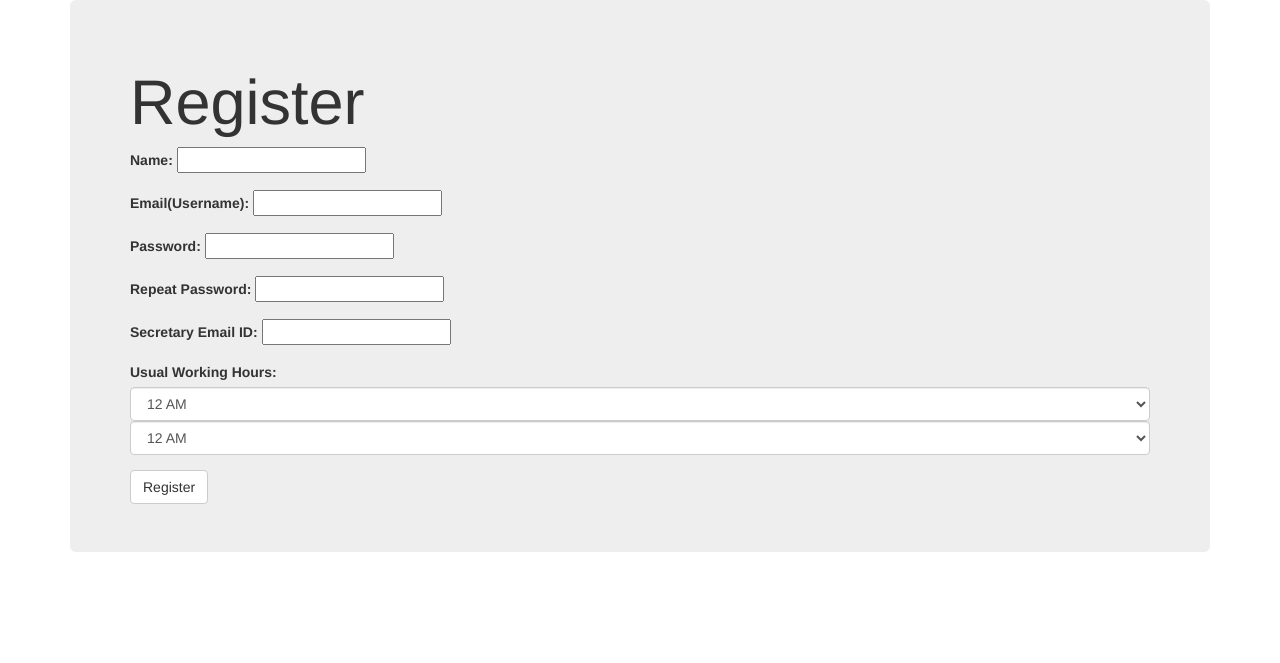
Repository: tjcomprocker/Time_Management_System
Page: http://localhost/register_executive.php
The author's editor kept a record of every edit. The page is drawn from the files as they stood at one moment, then again after the next edit.
The browser window is 1280 px wide. The pictures show the whole page.
The page is run by PHP 8.4 with error messages shown; the project is at /var/www/html/.

Above is the page before.

### register_executive.php
<!DOCTYPE html>
<html lang="en">
    <meta charset="utf-8">
    <head>
        <title>Register</title>
    </head>

    <link rel="stylesheet" href="https://maxcdn.bootstrapcdn.com/bootstrap/3.3.7/css/bootstrap.min.css">

    <body>
        <div class="container">
            <div class="jumbotron">
                <h1>Register</h1>
                <form action="register_executive.php" method="post">

                    <div class="form-group">
                        <label for="name">Name:</label>
                        <input type="text" name="name" required>
                    </div>

                    <div class="form-group">
                        <label for="email">Email(Username):</label>
                        <input type="email" name="email" required>
                    </div>

                    <div class="form-group">
                        <label for="email">Password:</label>
                        <input type="password" name="password" required>
                    </div>


                    <div class="form-group">
                        <label for="email">Repeat Password:</label>
                        <input type="password" name="password2" required>
                    </div>

                    <div class="form-group">
                        <label for="secretary_email_id">Secretary Email ID:</label>
                        <input type="email" name="secretary_email">
                    </div>

                    <div class="form-group">
                        <label for="ususal_hours">Usual Working Hours:</label>
                        <select name="start_hour" class="form-control" placeholder="start_hour" required>
                            <option value="0">12 AM</option>
                            <option value="1">1 AM</option>
                            <option value="2">2 AM</option>
                            <option value="3">3 AM</option>
                            <option value="4">4 AM</option>
                            <option value="5">5 AM</option>
                            <option value="6">6 AM</option>
                            <option value="7">7 AM</option>
                            <option value="8">8 AM</option>
                            <option value="9">9 AM</option>
                            <option value="10">10 AM</option>
                            <option value="11">11 AM</option>
                            <option value="12">12 PM</option>
                            <option value="13">1 PM</option>
                            <option value="14">2 PM</option>
                            <option value="15">3 PM</option>
                            <option value="16">4 PM</option>
                            <option value="17">5 PM</option>
                            <option value="18">6 PM</option>
                            <option value="19">7 PM</option>
                            <option value="20">8 PM</option>
                            <option value="21">9 PM</option>
                            <option value="22">10 PM</option>
                            <option value="23">11 PM</option>
                        </select>
                        <select name="end_hour" class="form-control" placeholder="end_hour" required>
                            <option value="0">12 AM</option>
                            <option value="1">1 AM</option>
                            <option value="2">2 AM</option>
                            <option value="3">3 AM</option>
                            <option value="4">4 AM</option>
                            <option value="5">5 AM</option>
                            <option value="6">6 AM</option>
                            <option value="7">7 AM</option>
                            <option value="8">8 AM</option>
                            <option value="9">9 AM</option>
                            <option value="10">10 AM</option>
                            <option value="11">11 AM</option>
                            <option value="12">12 PM</option>
                            <option value="13">1 PM</option>
                            <option value="14">2 PM</option>
                            <option value="15">3 PM</option>
                            <option value="16">4 PM</option>
                            <option value="17">5 PM</option>
                            <option value="18">6 PM</option>
                            <option value="19">7 PM</option>
                            <option value="20">8 PM</option>
                            <option value="21">9 PM</option>
                            <option value="22">10 PM</option>
                            <option value="23">11 PM</option>
                        </select>
                    </div>

                    <button type="submit" class="btn btn-default" name="submit">Register</button>
                </form>
            <div>
        </div>

        <?php

            function submit()
            {
                $link = mysqli_connect("localhost", "root", "", "TMS_DB");

                if($link === false)
                {
                    echo "<div class=\"alert alert-danger\"><strong></strong>Could not connect. ".mysqli_error($link)."</div>";
                    die("");
                }

                $link->query("CREATE TABLE IF NOT EXISTS users(email VARCHAR(150) NOT NULL PRIMARY KEY, name VARCHAR(100) NOT NULL, password VARCHAR(1024) NOT NULL, executive BOOLEAN NOT NULL DEFAULT 0, sec_email VARCHAR(150), start_hour SMALLINT, end_hour SMALLINT);");

                $email   = $link->real_escape_string($_POST['email']);
                $name    = $link->real_escape_string($_POST['name']);
                $password = $link->real_escape_string($_POST['password']);
                $password2 = $link->real_escape_string($_POST['password2']);
                $executive_flag = 1;
                $secretary_email = $link->real_escape_string($_POST['secretary_email']);
                $start_hour = $link->real_escape_string($_POST['start_hour']);
                $end_hour = $link->real_escape_string($_POST['end_hour']);

                if ($secretary_email != "")
                {
                    $query   = "SELECT * from users WHERE email = \"" .$secretary_email . "\";";

                    $result = mysqli_query($link,$query);

                    $num_rows = mysqli_num_rows($result);
                    if ($num_rows != 1)
                    {
                        echo "<div class=\"alert alert-danger\"><strong>Error!</strong>The secretary ID entered does not exist.</div>";
                        die("");
                    }
                }


                if ($password != $password2)
                {
                    echo "<div class=\"alert alert-danger\"><strong>Error!</strong>Both Passwords do not Match.</div>";
                    die("");

                }
                else if (start_hour < end_hour)
                {
                    echo "<div class=\"alert alert-danger\"><strong>Error!</strong>Please Enter Appropriate Hours.</div>";
                    die("");
                }
                else
                {

                    $query   = "INSERT into users VALUES('" . $email . "','" . $name . "','" . $password . "','" . $executive_flag . "','" . $secretary_email . "','" . $start_hour . "','" . $end_hour. "');";
                    $success = $link->query($query);

                    if (!$success)
                    {
                        echo "<div class=\"alert alert-danger\"><strong>Error!</strong>Couldn't enter data: ".$link->error."</div>";
                        die("");
                    }
                }
                $link->close();
            }

            if(isset($_POST['submit']))
            {
                submit();
            }

        ?>
    </body>
</html>

After the next edit:
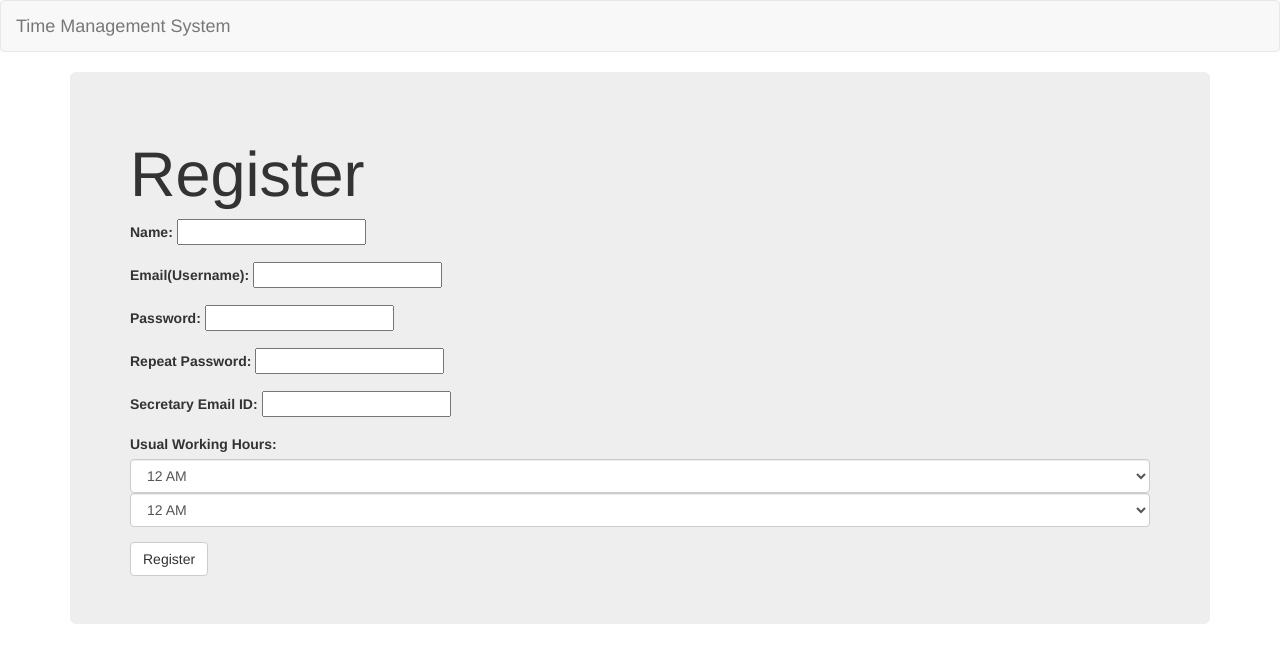
The edit:
--- a/register_executive.php
+++ b/register_executive.php
@@ -8,6 +8,13 @@
     <link rel="stylesheet" href="https://maxcdn.bootstrapcdn.com/bootstrap/3.3.7/css/bootstrap.min.css">
 
     <body>
+        <nav class="navbar navbar-default">
+          <div class="container-fluid">
+            <div class="navbar-header">
+              <a class="navbar-brand" href="dashboard_executive.php">Time Management System</a>
+            </div>
+            </div>
+        </nav>
         <div class="container">
             <div class="jumbotron">
                 <h1>Register</h1>
